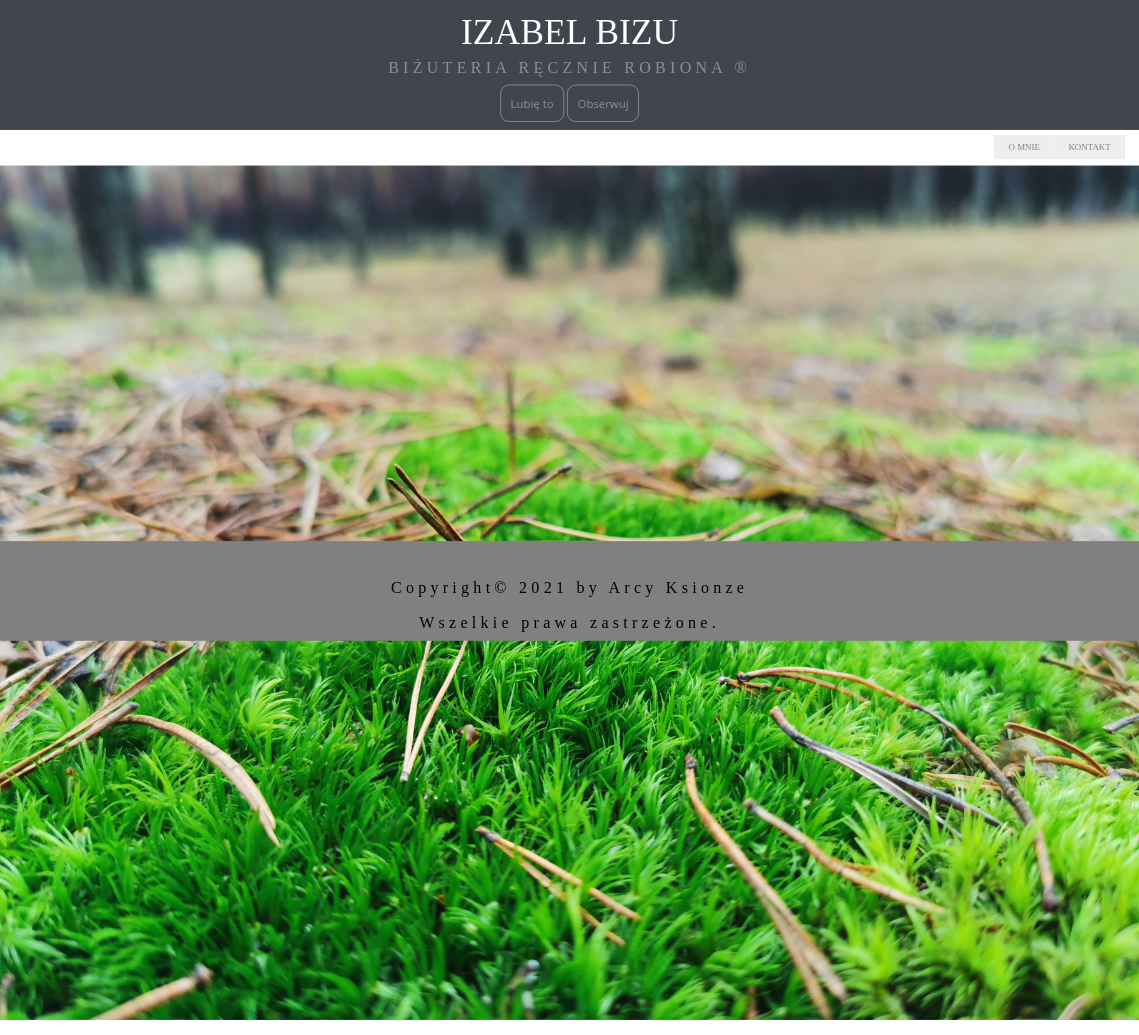
Repository: arcyksionze/strona_izy
Page: index2.html
An editor plug-in stored every save of this project. The page is shown before and after a run of saves, followed by the edit.
The browser window is 1280 px wide. The pictures show the whole page, at 89% of full size.
Some web fonts or font styles are not loaded; a fallback is used.

Above is the page before, as saved 2021-04-11 23:47:15.

After the next 2 saves:
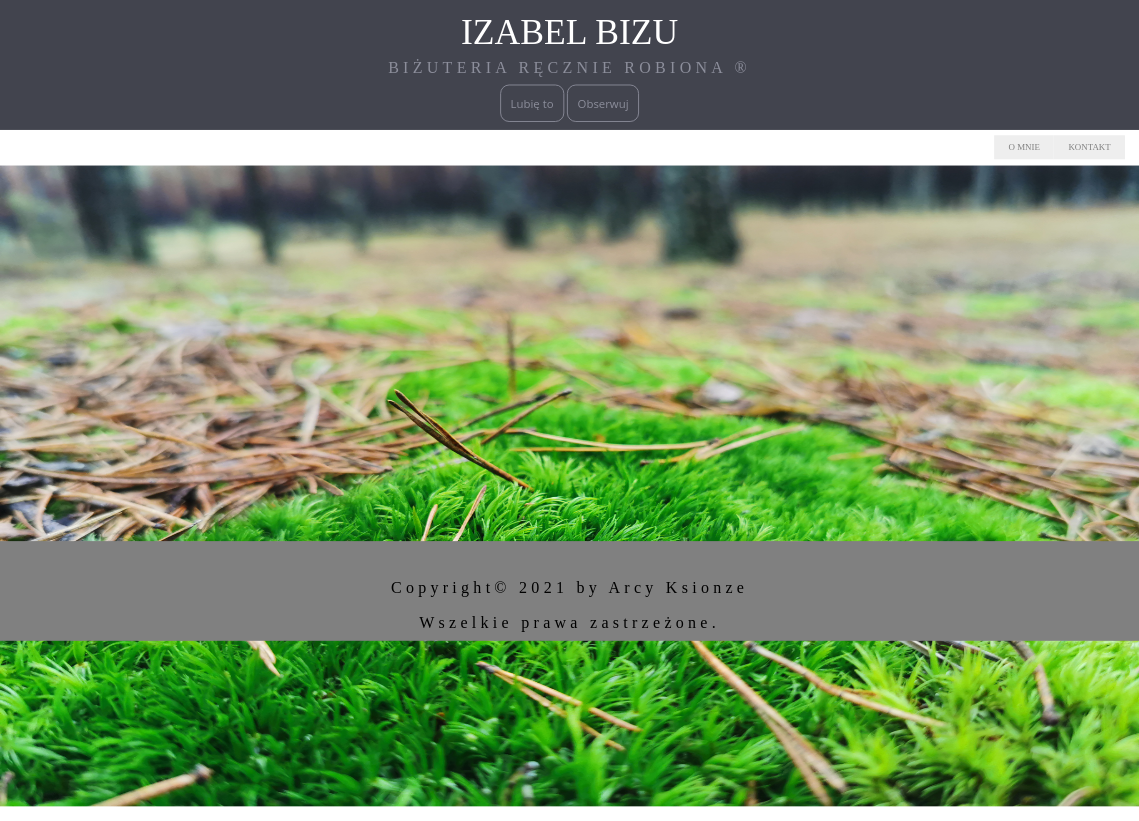
The 2 saves are shown as one change because they came seconds apart.
The last was saved 7 s later.
--- a/main2.css
+++ b/main2.css
@@ -128,7 +128,7 @@
 
 .phot {
 width: 100vw;
-height: 100;
+height: 100vh;
 }
 
 .sek4 {
